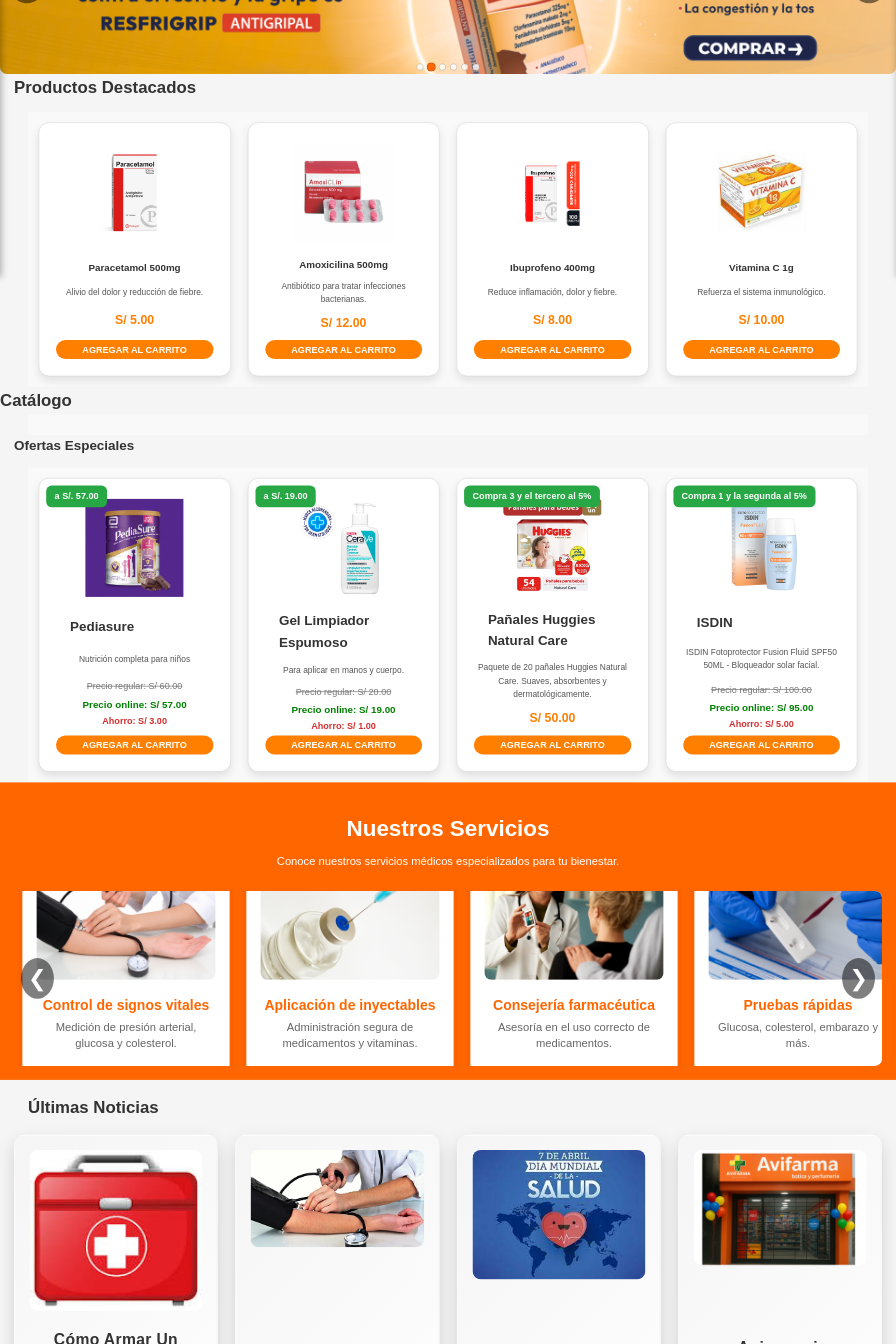
Repository: AVH75/avifarma-tienda
Page: index.html
The author's editor kept a copy of each file at every save. The page is drawn from the files as they stood at one save, then again after the next save.
The browser window is 1280 px wide. The pictures show the part of the page from y = 324 to 2244 px (the page is 2873 px tall), at 70% of full size.

Above is the page before, as saved 2025-09-30 04:58:44.

### index.html
<!DOCTYPE html>
<html lang="es">

<head>
  <meta charset="UTF-8">
  <meta name="viewport" content="width=device-width, initial-scale=1.0">
  <title>Avifarma | Boticas y Farmacias - Salud y Bienestar</title>

  <!-- =========================
       SEO BÁSICO
  ========================= -->
  <meta name="description" content="Avifarma - Tu salud primero, siempre cerca de ti. Productos, servicios médicos y ofertas especiales.">
  <meta name="keywords" content="Avifarma, farmacia, botica, medicamentos, salud, productos farmacéuticos, Perú">
  <meta name="author" content="Bytsac.com">

  <!-- Favicon -->
  <link rel="icon" type="image/png" href="img/logo/favicon.png">

  <!-- Open Graph -->
  <meta property="og:title" content="Avifarma | Tu salud primero">
  <meta property="og:description" content="Descubre productos, servicios médicos y ofertas especiales en Avifarma.">
  <meta property="og:image" content="img/logo/Logo.png">
  <meta property="og:url" content="https://avifarma.com">
  <meta property="og:type" content="website">

  <!-- Twitter Card -->
  <meta name="twitter:card" content="summary_large_image">
  <meta name="twitter:title" content="Avifarma | Tu salud primero">
  <meta name="twitter:description" content="Descubre productos, servicios médicos y ofertas especiales en Avifarma.">
  <meta name="twitter:image" content="img/logo/Logo.png">

  <!-- Schema.org JSON-LD -->
  <script type="application/ld+json">
    {
      "@context": "https://schema.org",
      "@type": "Pharmacy",
      "name": "Avifarma",
      "image": "https://avifarma.com/img/logo/Logo.png",
      "url": "https://avifarma.com",
      "address": {
        "@type": "PostalAddress",
        "addressLocality": "Trujillo",
        "addressCountry": "PE"
      },
      "contactPoint": {
        "@type": "ContactPoint",
        "telephone": "+51 920165696",
        "contactType": "customer service"
      }
    }
  </script>
<!-- 🔹 Aquí importas la fuente de Google Fonts -->
  <link href="https://fonts.googleapis.com/css2?family=Poppins:wght@400;600;700&display=swap" rel="stylesheet">
  <!-- =========================
       ARCHIVOS CSS
  ========================= -->
  <link rel="stylesheet" href="css/style.css?v=1.9">
</head>

<body>
  <!-- =========================
       🔹 FRANJA SUPERIOR (Marquee con promos)
  ========================= -->
  <div class="promo-bar" role="banner">
    <div class="marquee" aria-label="Promociones destacadas">
      <span> Desarrollamos tu paguina Web. contactanos en bytsac.com</span>
      <span>📦 Envíos gratis en compras mayores a S/ 99</span>
      <span>💊 Promoción válida hasta el 14 de septiembre</span>
    </div>
  </div>

  <div class="separador"></div>

  <!-- =========================
       🔹 TOP-BAR (COLOR NARANJA)
  ========================= -->
  <div id="top-bar" class="top-bar" style="height: 50px;">
    <!-- Contenedor vacío para mantener la franja visible -->
  </div>

  <div class="separator"></div>

  <!-- =========================
       🔹 HEADER PRINCIPAL
  ========================= -->

  <header class="header sticky" role="banner">
    <div class="main-header">

      <!-- 🔸 Menú hamburguesa y logo -->
      <div class="logo-menu-container">
        <!-- 🔸 Menú hamburguesa (izquierda) -->
        <button class="menu-toggle" id="menu-toggle" aria-label="Abrir menú de navegación" aria-controls="nav" aria-expanded="false">
          ☰
        </button>

        <!-- 🔸 Logo de Avifarma y nombre -->
        <div class="logo">
          <a href="index.html">
            <img src="img/logo/logo.jpeg" alt="Avifarma Logo" width="50" height="50" loading="lazy">
          </a>
          <h1>Avifarma</h1>
        </div>
      </div>

      <!-- 🔸 Buscador centrado -->
      <div class="buscador-container">
        <form role="search" class="search" action="buscar.html" method="get">
          <label for="buscador" class="sr-only"></label>
          <input type="search" name="q" id="buscador" placeholder="Buscar productos..." aria-label="Buscar productos">
          <button type="submit" aria-label="Buscar">🔍</button>
        </form>
      </div>

      <!-- 🔸 Acciones (Login y Carrito) -->
      <div class="acciones-header">
        <!-- Ingresar -->
        <a href="login.html">
          <img src="img/logo/login.png" alt="Imagen de inicio de sesión" style="width:50px;height:50px;">
        </a>

        <!-- Carrito -->
        <a href="#" id="abrir-carrito" class="carrito-icono" aria-label="Abrir carrito de compras">
          <img src="img/logo/carrito.png" alt="Carrito de compras" class="icono-img" width="32" height="32" loading="lazy">
          <span id="contador-carrito" class="contador">0</span>
        </a>
      </div>

    </div>
  </header>
<!-- MENÚ LATERAL -->
<div id="nav" class="menu">
  <!-- LOGO -->
  <div id="logo-container">
    <img src="img/logo/logo.jpeg" alt="Avifarma Logo" id="logo">
    <h2>Avifarma</h2>
  </div>

  <!-- BOTÓN CERRAR -->
  <span id="close-menu" aria-label="Cerrar menú">❌</span>

  <!-- CONTENIDO SCROLLEABLE -->
  <div class="menu-scroll">
    <ul class="menu-principal">
      <li><a href="index.html">Inicio</a></li>
      <li><a href="#">Servicios</a></li>

      <!-- MENÚ DINÁMICO DE CATEGORÍAS -->
      <li class="menu-categorias-container">
        <a href="#" class="categoria-toggle" id="toggle-categorias">
          Categorías
        </a>
        <ul id="menu-categorias" class="categorias-lista">
          <!-- Aquí se insertan dinámicamente las categorías desde productos.json -->
        </ul>
      </li>

      <li><a href="#">Contacto</a></li>
    </ul>
  </div>
</div>

<!-- Fondo oscuro al abrir menú -->
<div id="overlay-menu"></div>


  <!-- =========================
       🔹 HERO CARRUSEL BANNERS (PROMOCIONES)
  ========================= -->
  <section class="promociones" aria-label="Banners promocionales">
    <div class="slider-container">
      <div class="slider" id="slider-banner"></div>
      <button class="prev" aria-label="Anterior">❮</button>
      <button class="next" aria-label="Siguiente">❯</button>
      <div class="dots-container" id="dots"></div>
    </div>
  </section>

<!-- =========================
     🔹 PRODUCTOS DESTACADOS
========================= -->
<main>
  <section class="productos">
    <h2 id="titulo-productos">Productos Destacados</h2>
    <div class="grid-productos" id="productos-grid"></div>
  </section>

  <!-- 🔹 CATÁLOGO (se llena al elegir categoría o subcategoría) -->
  <section class="catalogo">
    <h2 id="titulo-catalogo">Catálogo</h2>
    <div id="catalogo" class="grid-productos"></div>
  </section>

  <aside class="ofertas" aria-label="Ofertas especiales">
    <h3 id="titulo-ofertas">Ofertas Especiales</h3>
    <p class="oferta-texto"></p>
    <div class="grid-ofertas" id="ofertas-grid"></div>
  </aside>
</main>


  <!-- =========================
       🔹 SERVICIOS
  ========================= -->
  <section class="servicios">
    <h2 id="titulo-servicios">Nuestros Servicios</h2>
    <p>Conoce nuestros servicios médicos especializados para tu bienestar.</p>

    <div id="slider-servicios" class="slider-container">
      <div id="servicios-carousel" class="carousel-container">
        <!-- Tarjetas dinámicas -->
      </div>
      <button class="prev-servicio" aria-label="Anterior">❮</button>
      <button class="next-servicio" aria-label="Siguiente">❯</button>
      <div class="dots-servicios"></div>
    </div>
  </section>

  <!-- =========================
       🔹 NOVEDADES
  ========================= -->
  <section class="novedades">
    <h2 id="titulo-novedades">Últimas Noticias</h2>
    <div id="novedades-grid" class="grid"></div>
  </section>
<!-- =========================
       🔹 FOOTER
  ========================= -->
  <footer>
    <div class="footer-top">
      <div>
        <h3>Información</h3>
        <ul>
          <li><a href="#">Sobre nosotros</a></li>
          <li><a href="#">Políticas</a></li>
          <li><a href="#">Contacto</a></li>
        </ul>
      </div>
      <div>
        <h3>Servicios</h3>
        <ul>
          <li><a href="#">Servicios farmacéuticos</a></li>
          <li><a href="#">Distribución de medicamentos</a></li>
          <li><a href="#">Consultas farmacéuticas</a></li>
        </ul>
      </div>
      <div>
        <h3>Contacto</h3>
        <p>Email: <a href="mailto:info@avifarma.com">info@avifarma.com</a></p>
        <p>Tel: <a href="tel:+51 929 261 925">+51 929 261 925</a></p>
      </div>
      <!-- Redes Sociales -->
      <div>
        <h3>Síguenos</h3>
        <ul class="social-media">
          <li><a href="https://facebook.com/Botica Avifarma " target="_blank"><img src="img/redes/facebook.png" alt="Facebook" width="30" height="30"></a></li>
          <li><a href="https://twitter.com/avifarma" target="_blank"><img src="img/redes/twitter.png" alt="Twitter" width="30" height="30"></a></li>
          <li><a href="https://instagram.com/avifarma" target="_blank"><img src="img/redes/instagram.png" alt="Instagram" width="30" height="30"></a></li>
          <li><a href="https://linkedin.com/company/avifarma" target="_blank"><img src="img/redes/linkedin.jpg" alt="LinkedIn" width="30" height="30"></a></li>
        </ul>
      </div>
    </div>
    <div class="footer-bottom">
      <p>© 2025 Avifarma. Tu botica de confianza. Desarrollado por <a href="https://bytsac.com" target="_blank" rel="noopener">Bytsac.com</a>.</p>
    </div>
  </footer>

  <div id="overlay-carrito"></div>

<!-- =========================
       🔹 SIDEBAR LATERAL (CARRITO LATERAL)
========================== -->
<div id="carrito-sidebar" class="carrito-sidebar" aria-hidden="true">
  <div class="carrito-header">
    <!-- Icono del carrito dentro del encabezado, junto al título -->
    <a href="#" id="abrir-carrito" class="carrito-icono" aria-label="Abrir carrito de compras">
      <img src="img/logo/carrito.png" alt="Carrito de compras" class="icono-img" width="32" height="32" loading="lazy">
    </a>
    <h2>Carrito</h2>
    <button class="cerrar-carrito" onclick="cerrarCarrito()" aria-label="Cerrar carrito">×</button>
  </div>

  <div id="carrito-items" class="productos-carrito">
    <!-- Ejemplo producto -->
    <div class="producto-card">
      <img src="img/productos/product box.jpg" alt="Producto">
      <div class="producto-info">
        <h3>Nombre del Producto</h3>
        <p class="precio">S/ 20.00</p>
        <div class="acciones">
          <button class="cantidad">-</button>
          <span>1</span>
          <button class="cantidad">+</button>
          <button class="eliminar">🗑</button>
        </div>
      </div>
    </div>
  </div>

    <div class="carrito-footer">
      <div class="resumen-linea">
        <span>Subtotal</span>
        <span id="subtotal">S/ 0.00</span>
      </div>
      <div class="resumen-linea">
        <span>Costo de envío</span>
        <span id="costo-envio">--</span>
      </div>
      <div class="resumen-linea">
        <span>Descuento por volumen</span>
        <span id="descuento-volumen">S/ 0.00</span>
      </div>
      <div class="resumen-linea">
        <span>Descuento directo</span>
        <span id="descuento-directo">S/ 0.00</span>
      </div>
      <div class="resumen-linea ahorro">
        <span>Ahorro total</span>
        <span id="ahorro-total">S/ 0.00</span>
      </div>

      <hr>

      <div class="resumen-total">
        <span>Total</span>
        <span id="total">S/ 0.00</span>
      </div>

      <p class="nota-envio">El costo de envío no está incluido en el total.</p>

      <div class="cart-buttons">
        <button id="ir-a-pagar" class="btn-primary" onclick="comprarAhora()">Comprar ahora por WhatsApp</button>
        <a href="carrito.html" id="ver-carrito" class="btn-secundario">Ver carrito</a>
      </div>
    </div>
  </div>

  <script src="js/menu.js?v=1.9" defer></script>
  <script src="js/carrito.js?v=1.9" defer></script>
  <script src="js/render-catalogo.js?v=1.9" defer></script>
</body>
</html>

### productos.json
{
  "topBar": {
    "titulo": "Avifarma",
    "telefono": "+51 123 456 789",
    "email": "info@avifarma.com",
    "links": [
      { "nombre": "Bytsac", "url": "https://www.bytsac.com" },
      { "nombre": "Oechsle", "url": "https://www.oechsle.pe" }
    ]
  },
  "BannerCarrusel": [
    { "src": "img/carrusel/band_1.png", "alt": "Banner 1" },
    { "src": "img/carrusel/band_2.png", "alt": "Banner 2" },
    { "src": "img/carrusel/band_3.png", "alt": "Banner 3" },
    { "src": "img/carrusel/band_4.png", "alt": "Banner 4" },
    { "src": "img/carrusel/band_5.png", "alt": "Banner 5" },
    { "src": "img/carrusel/band_6.png", "alt": "Banner 6" }
  ],
  "categorias": [
    {
      "id": 1,
      "nombre": "Mamá y Bebé",
      "icono": "fa-baby",
      "subcategorias": [
        { "id": 11, "nombre": "Pañales" },
        { "id": 12, "nombre": "Leches maternizadas" },
        { "id": 13, "nombre": "Cuidado de la mamá" },
        { "id": 14, "nombre": "Higiene y accesorios del bebé" }
      ]
    },
    {
      "id": 2,
      "nombre": "Primeros Auxilios",
      "icono": "fa-first-aid",
      "subcategorias": [
        { "id": 21, "nombre": "Botiquín básico" },
        { "id": 22, "nombre": "Antisépticos y desinfectantes" },
        { "id": 23, "nombre": "Vendas y gasas" },
        { "id": 24, "nombre": "Termómetros y equipos" }
      ]
    },
    {
      "id": 3,
      "nombre": "Vitaminas y Suplementos",
      "icono": "fa-capsules",
      "subcategorias": [
        { "id": 31, "nombre": "Vitaminas (A, B, C, D, etc.)" },
        { "id": 32, "nombre": "Minerales (calcio, magnesio, zinc, hierro)" },
        { "id": 33, "nombre": "Suplementos nutricionales" },
        { "id": 34, "nombre": "Proteínas y energizantes" }
      ]
    },
    {
      "id": 4,
      "nombre": "Cuidado y Belleza",
      "icono": "fa-spa",
      "subcategorias": [
        { "id": 41, "nombre": "Dermocosmética" },
        { "id": 42, "nombre": "Cuidado de la piel" },
        { "id": 43, "nombre": "Cuidado del cabello" },
        { "id": 44, "nombre": "Higiene personal" }
      ]
    }
  ],
  "productos": [
    {
      "id": 1,
      "nombre": "Paracetamol 500mg",
      "descripcion": "Alivio del dolor y reducción de fiebre.",
      "precio": 5.00,
      "precio_con_descuento": null,
      "ahorro": null,
      "stock": 20,
      "img": "img/productos/paracetamol-500mg.png",
      "categoria": 2,
      "subcategoria": 21,
      "descuentoVolumen": null
    },
    {
      "id": 2,
      "nombre": "Amoxicilina 500mg",
      "descripcion": "Antibiótico para tratar infecciones bacterianas.",
      "precio": 12.00,
      "precio_con_descuento": null,
      "ahorro": null,
      "stock": 10,
      "img": "img/productos/amoxicilina-500mg.png",
      "categoria": 2,
      "subcategoria": 22,
      "descuentoVolumen": null
    },
    {
      "id": 3,
      "nombre": "Ibuprofeno 400mg",
      "descripcion": "Reduce inflamación, dolor y fiebre.",
      "precio": 8.00,
      "precio_con_descuento": null,
      "ahorro": null,
      "stock": 10,
      "img": "img/productos/ibuprofeno-400mg.png",
      "categoria": 2,
      "subcategoria": 23,
      "descuentoVolumen": null
    },
    {
      "id": 4,
      "nombre": "Vitamina C 1g",
      "descripcion": "Refuerza el sistema inmunológico.",
      "precio": 10.00,
      "precio_con_descuento": null,
      "ahorro": null,
      "stock": 20,
      "img": "img/productos/vitamina-c-1g.png",
      "categoria": 3,
      "subcategoria": 31,
      "descuentoVolumen": null
    }
  ],
  "ofertas": [
    {
      "id": 101,
      "nombre": "Pediasure",
      "descripcion": "Nutrición completa para niños",
      "precio": 60.00,
      "precio_con_descuento": 57.00,
      "ahorro": 3.00,
      "stock": 10,
      "img": "img/ofertas/pediasure-of.png",
      "descuento": "a S/. 57.00",
      "categoria": 1,
      "subcategoria": 12,
      "descuentoVolumen": null
    },
    {
      "id": 102,
      "nombre": "Gel Limpiador Espumoso",
      "descripcion": "Para aplicar en manos y cuerpo.",
      "precio": 20.00,
      "precio_con_descuento": 19.00,
      "ahorro": 1.00,
      "stock": 20,
      "img": "img/ofertas/gel-limpiador-espumoso.jpg",
      "descuento": "a S/. 19.00",
      "categoria": 4,
      "subcategoria": 42,
      "descuentoVolumen": null
    },
    {
  "id": 103,
  "nombre": "Pañales Huggies Natural Care",
  "descripcion": "Paquete de 20 pañales Huggies Natural Care. Suaves, absorbentes y dermatológicamente.",
  "precio": 50.00,
  "precio_con_descuento": null,
  "ahorro": null,
  "stock": 10,
  "img": "img/ofertas/panal-huggies.jpg",
  "descuento": "Compra 3 y el tercero al 5%",
  "categoria": 1,
  "subcategoria": 11,
  "descuentoVolumen": {
    "compra": 2,
    "promo": 0.05,
    "aplicaA": 3,
    "precio_con_descuento_unidad": 47.50,
    "ahorro_por_unidad": 2.50
  }
    },
   {
  "id": 104,
  "nombre": "ISDIN",
  "descripcion": "ISDIN Fotoprotector Fusion Fluid SPF50 50ML - Bloqueador solar facial.",
  "precio": 100.00,
  "precio_con_descuento": 95.00,
  "ahorro": 5.00,
  "stock": 10,
  "img": "img/ofertas/protector-solar.jpg",
  "descuento": "Compra 1 y la segunda al 5%",
  "categoria": 4,
  "subcategoria": 42,
  "descuentoVolumen": {
    "compra": 1,
    "promo": 0.05,
    "aplicaA": 2,
    "precio_con_descuento_unidad": 95.00,
    "ahorro_por_unidad": 5.00
  }
}
  ],
  "servicios": [
    {
      "icono": "💊",
      "titulo": "Dispensación de medicamentos",
      "descripcion": "Venta con y sin receta, con orientación farmacéutica.",
      "imagen": "img/carrusel-servicios/dispensacion.png"
    },
    {
      "icono": "🩺",
      "titulo": "Control de signos vitales",
      "descripcion": "Medición de presión arterial, glucosa y colesterol.",
      "imagen": "img/carrusel-servicios/control-signos.png"
    },
    {
      "icono": "💉",
      "titulo": "Aplicación de inyectables",
      "descripcion": "Administración segura de medicamentos y vitaminas.",
      "imagen": "img/carrusel-servicios/inyectables.png"
    },
    {
      "icono": "🧴",
      "titulo": "Consejería farmacéutica",
      "descripcion": "Asesoría en el uso correcto de medicamentos.",
      "imagen": "img/carrusel-servicios/consejeria.png"
    },
    {
      "icono": "🔬",
      "titulo": "Pruebas rápidas",
      "descripcion": "Glucosa, colesterol, embarazo y más.",
      "imagen": "img/carrusel-servicios/pruebas-rapidas.png"
    },
    {
      "icono": "🚑",
      "titulo": "Primeros auxilios",
      "descripcion": "Atención básica y curaciones menores.",
      "imagen": "img/carrusel-servicios/primeros-auxilios.png"
    }
  ],
  "novedades": [
    {
      "id": 201,
      "titulo": "Cómo armar un botiquín familiar básico",
      "descripcion": "Descubre los elementos esenciales que no pueden faltar en casa.",
      "img": "img/novedades/botiquin.jpg",
      "boton": "Leer más"
    },
    {
      "id": 202,
      "titulo": "Campaña de presión arterial",
      "descripcion": "Este sábado ofrecemos chequeo gratuito de presión arterial en nuestra botica.",
      "img": "img/novedades/presion-arterial.jpg",
      "boton": "Ver detalles"
    },
    {
      "id": 203,
      "titulo": "7 de abril: Día Mundial de la Salud",
      "descripcion": "Únete a nuestra jornada de chequeos gratuitos y promoción del bienestar.",
      "img": "img/novedades/dia-salud.jpg",
      "boton": "Más info"
    },
    {
      "id": 204,
      "titulo": "¡Aniversario Avifarma!",
      "descripcion": "Celebramos con sorteos, descuentos y promociones especiales en todos nuestros productos.",
      "img": "img/novedades/aniversario.png",
      "boton": "Participar"
    }
  ]
}

Loaded but not shown: js/render-catalogo.js (496 lines, source omitted); js/carrito.js (444 lines, source omitted); js/menu.js (132 lines, source omitted); css/style.css (1775 lines, source omitted)

After the next save:
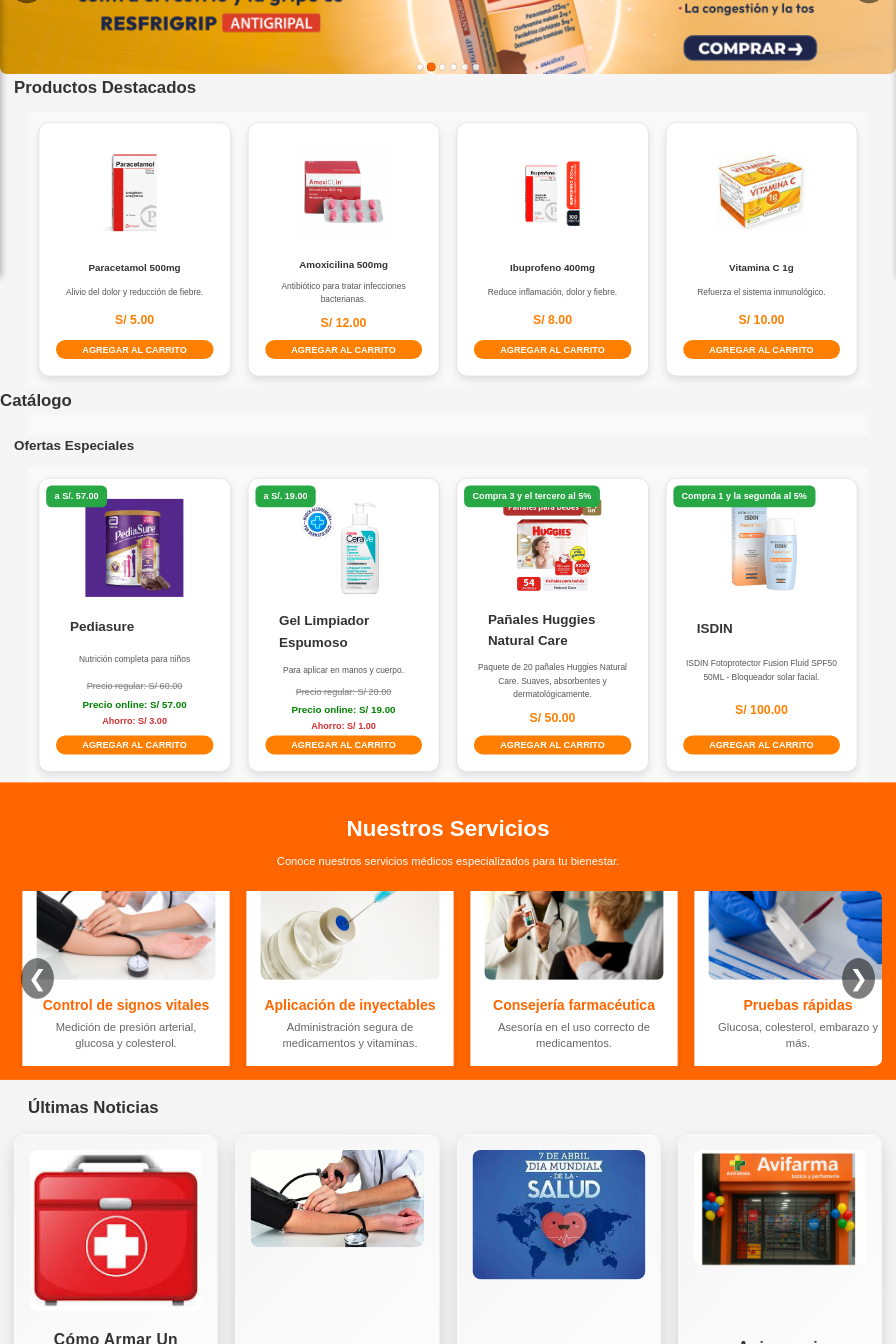
Saved 5 min 50 s later.
--- a/productos.json
+++ b/productos.json
@@ -170,19 +170,21 @@
   "nombre": "ISDIN",
   "descripcion": "ISDIN Fotoprotector Fusion Fluid SPF50 50ML - Bloqueador solar facial.",
   "precio": 100.00,
-  "precio_con_descuento": 95.00,
-  "ahorro": 5.00,
+  "precio_con_descuento": null,
+  "ahorro":null,
   "stock": 10,
   "img": "img/ofertas/protector-solar.jpg",
   "descuento": "Compra 1 y la segunda al 5%",
   "categoria": 4,
   "subcategoria": 42,
   "descuentoVolumen": {
-    "compra": 1,
+    "compra": 2,
     "promo": 0.05,
     "aplicaA": 2,
     "precio_con_descuento_unidad": 95.00,
-    "ahorro_por_unidad": 5.00
+    "ahorro_por_unidad": 5.00,
+    "precio_total_para_compra_minima": 195.00,
+    "ahorro_total_para_compra_minima": 5.00
   }
 }
   ],
